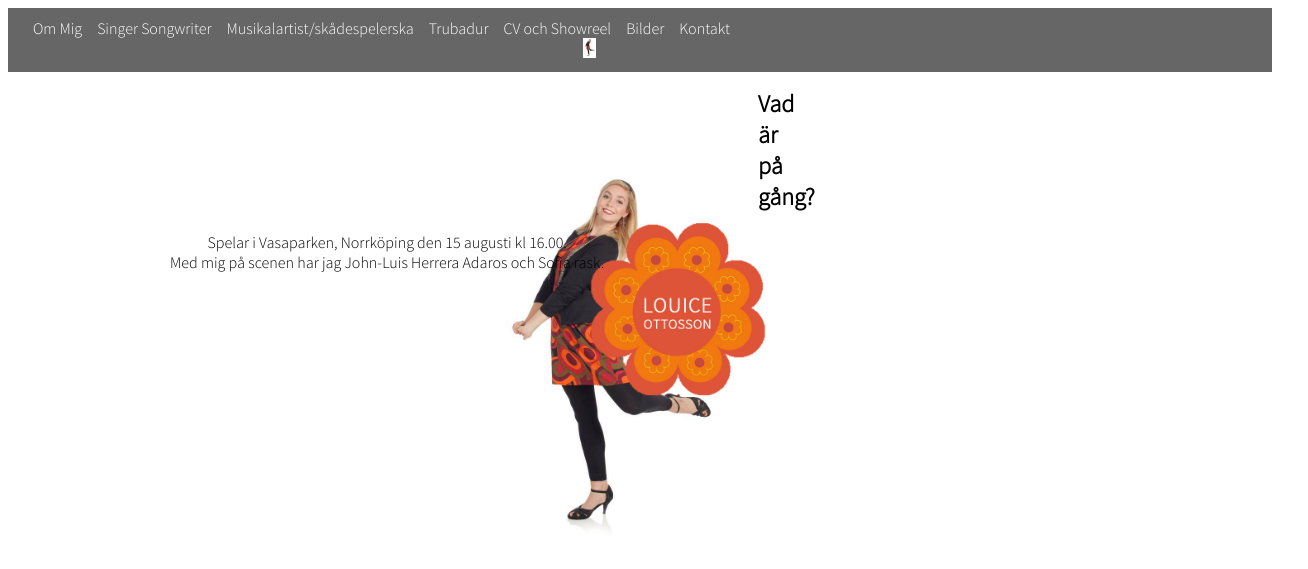
Repository: MarkusGirdland/LouiceOttosson
Page: index.html
The author's editor kept a record of every edit. The page is drawn from the files as they stood at one moment, then again after the next edit.
The browser window is 1280 px wide. The page is 1280 px wide, then 1308 px, so the pictures cover 1308 px, including what lies to the right of the window. The pictures show the whole page.

Above is the page before.

After the next edit:
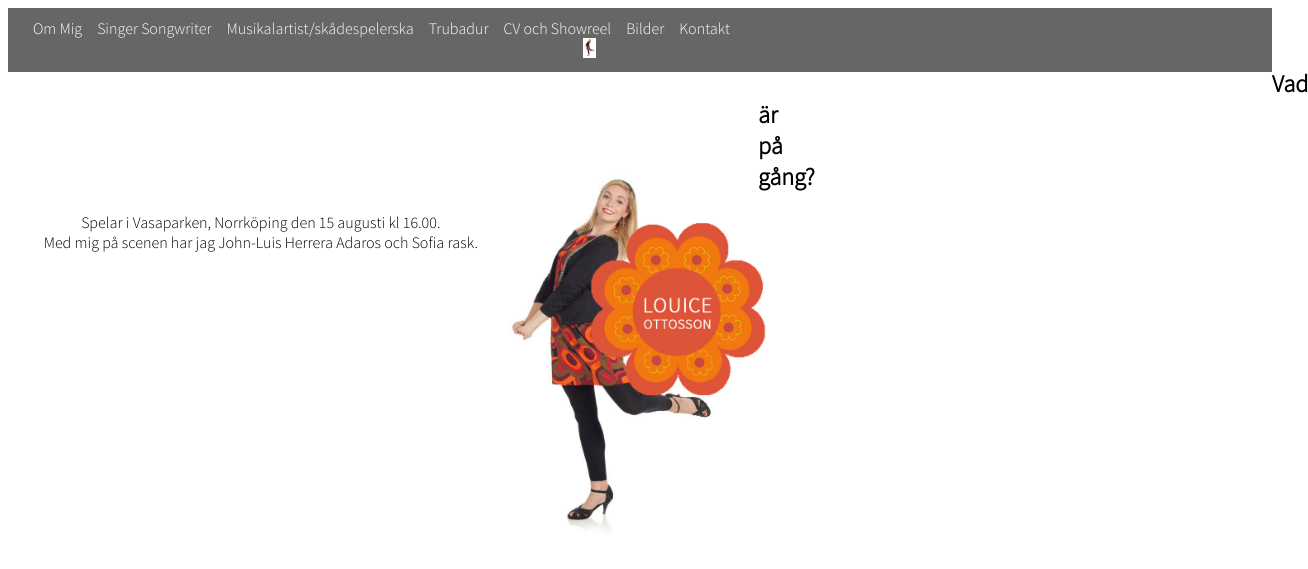
The edit:
--- a/css/basic.css
+++ b/css/basic.css
@@ -108,7 +108,7 @@
 }
 
 .indexText {
-    margin-right: 40%;
+    margin-right: 60%;
     font-family: "SourceSansLight";
     text-align: center;
 }
